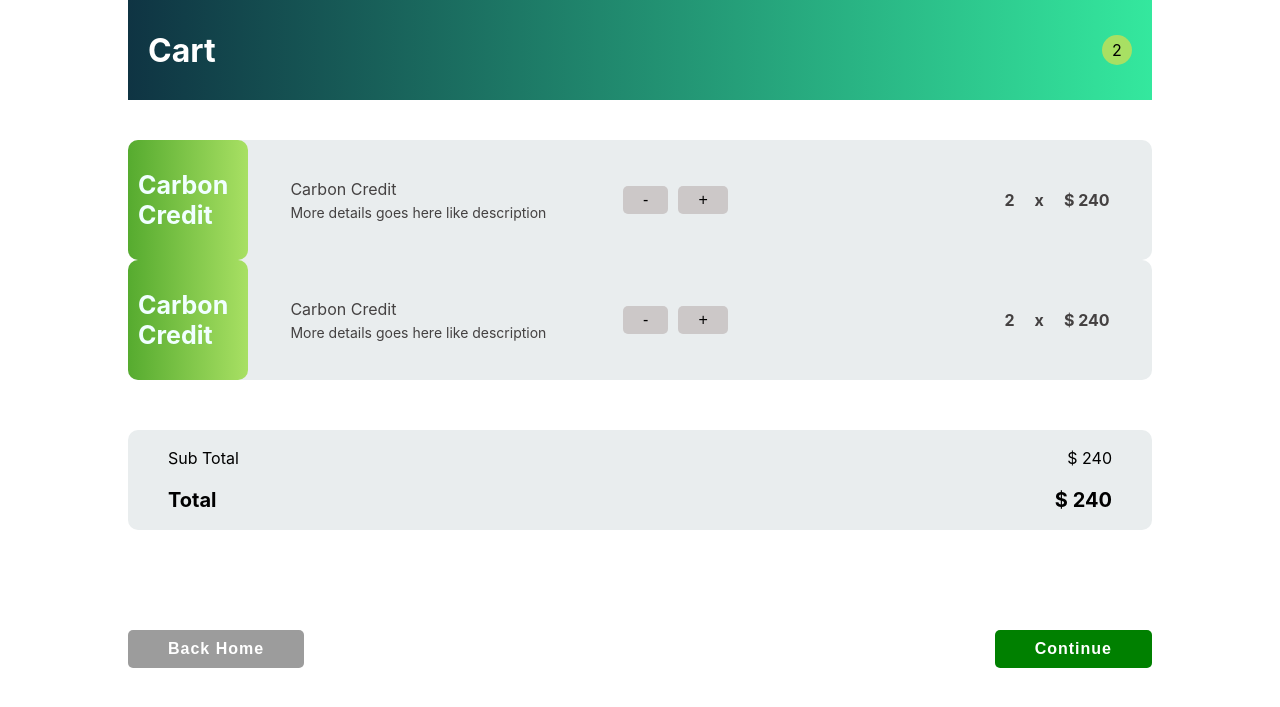
Repository: Yowani24/CarbonApp
Page: /cart
The author's editor kept a copy of each file at every save. The page is drawn from the files as they stood at one save, then again after the next save.
The browser window is 1280 px wide. The pictures show the whole page.
The project was rebuilt for these pictures with package versions that can differ from the ones it lists, and the page was loaded fresh each time. The framework's server and built-in components were replaced by stand-ins that run in the browser. Also part of the build but not shown: next.config.js.

Above is the page before, as saved 2021-09-27 12:16:59.

After the next save:
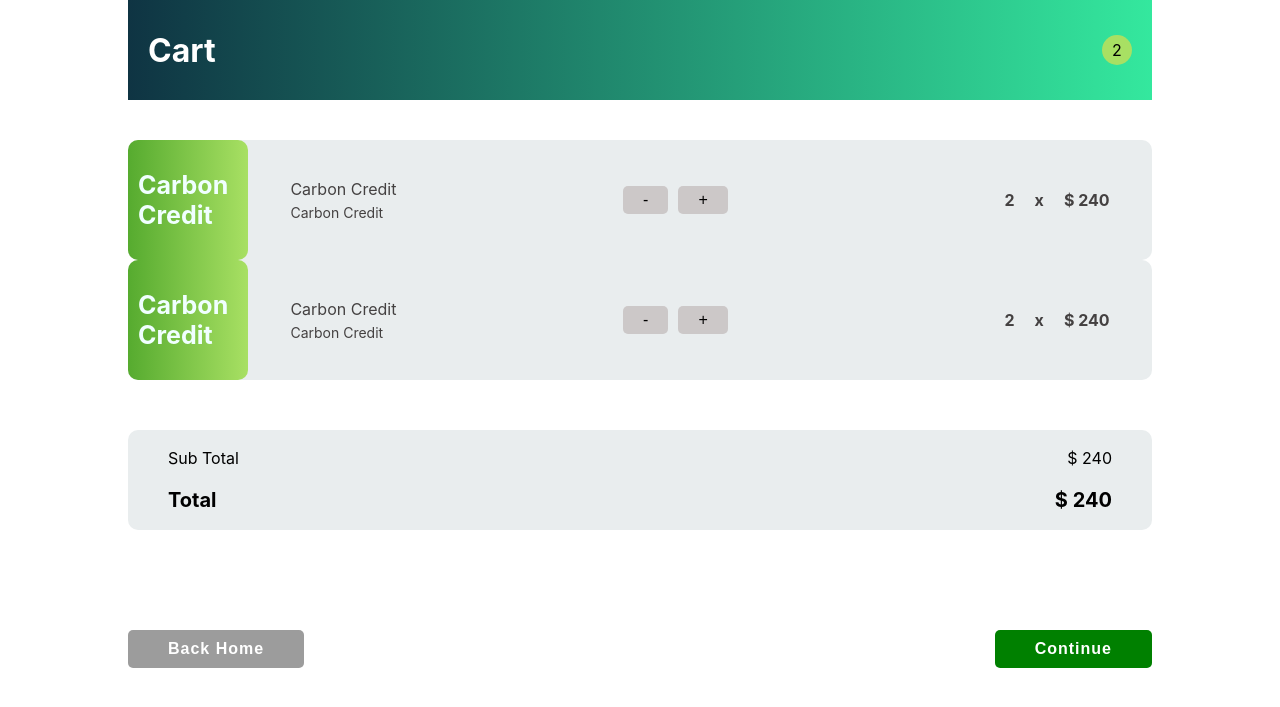
Saved 5 s later.
--- a/pages/cart/index.js
+++ b/pages/cart/index.js
@@ -36,7 +36,7 @@
                           <div className={styles.product_details}>
                             <div className={styles.description}>
                                 <p>{item.product}</p>
-                                <p>{item.description}</p>
+                                <p>{item.product}</p>
                             </div>
 
                             <div className={styles.details_wrapper}>

After the save that followed:
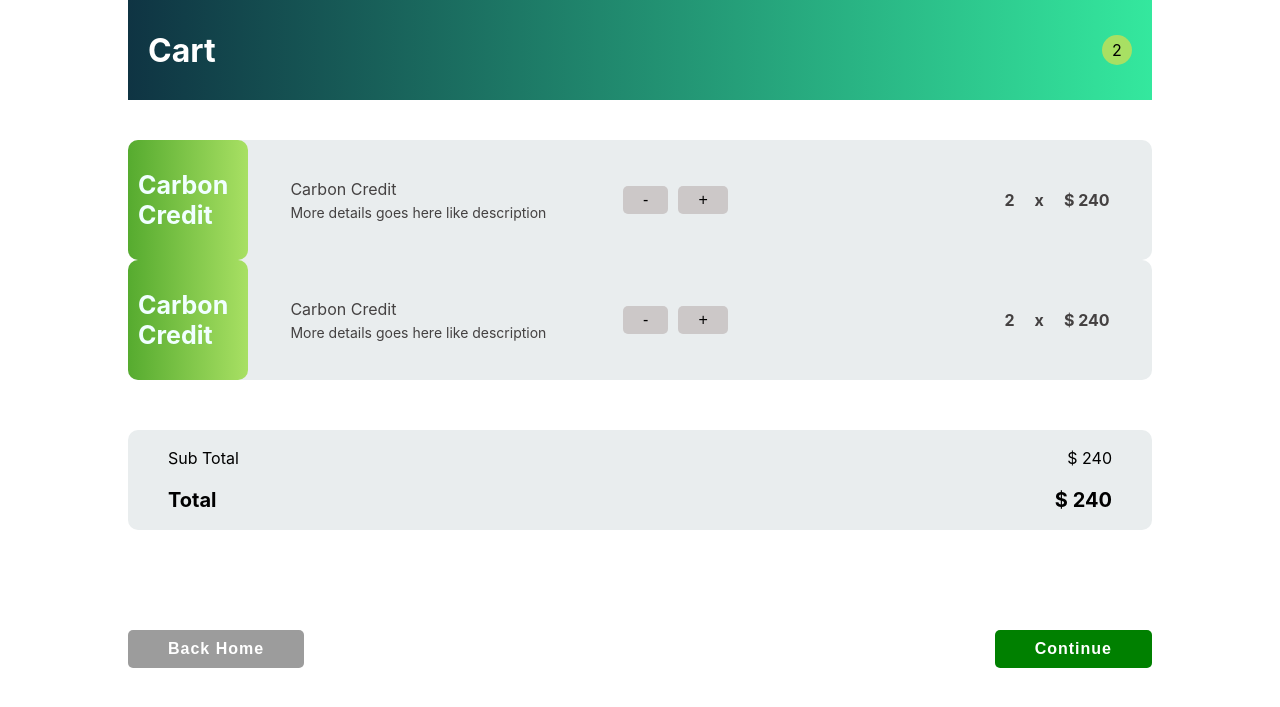
Saved 5 s later.
--- a/pages/cart/index.js
+++ b/pages/cart/index.js
@@ -36,7 +36,7 @@
                           <div className={styles.product_details}>
                             <div className={styles.description}>
                                 <p>{item.product}</p>
-                                <p>{item.product}</p>
+                                <p>{item.description}</p>
                             </div>
 
                             <div className={styles.details_wrapper}>
